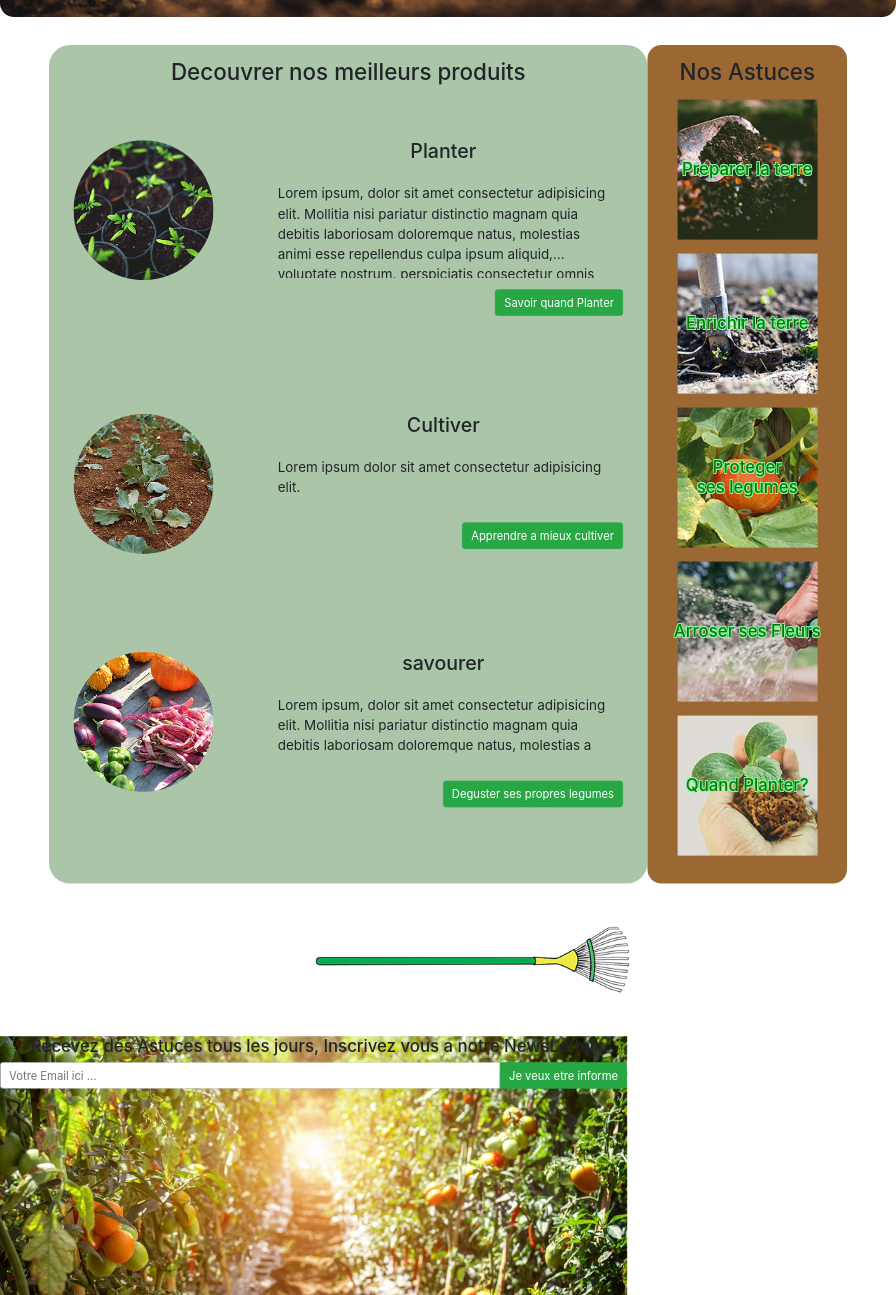
Repository: ahthionkevin/permaculture
Page: index.html
The author's editor kept a copy of each file at every save. The page is drawn from the files as they stood at one save, then again after the next save.
The browser window is 1280 px wide. The pictures show the part of the page from y = 696 to 2616 px (the page is 2546 px tall before and 2616 px after), at 70% of full size.
Backgrounds fixed to the window are drawn as part of the page.

Above is the page before, as saved 2021-07-07 06:42:01.

After the next save:
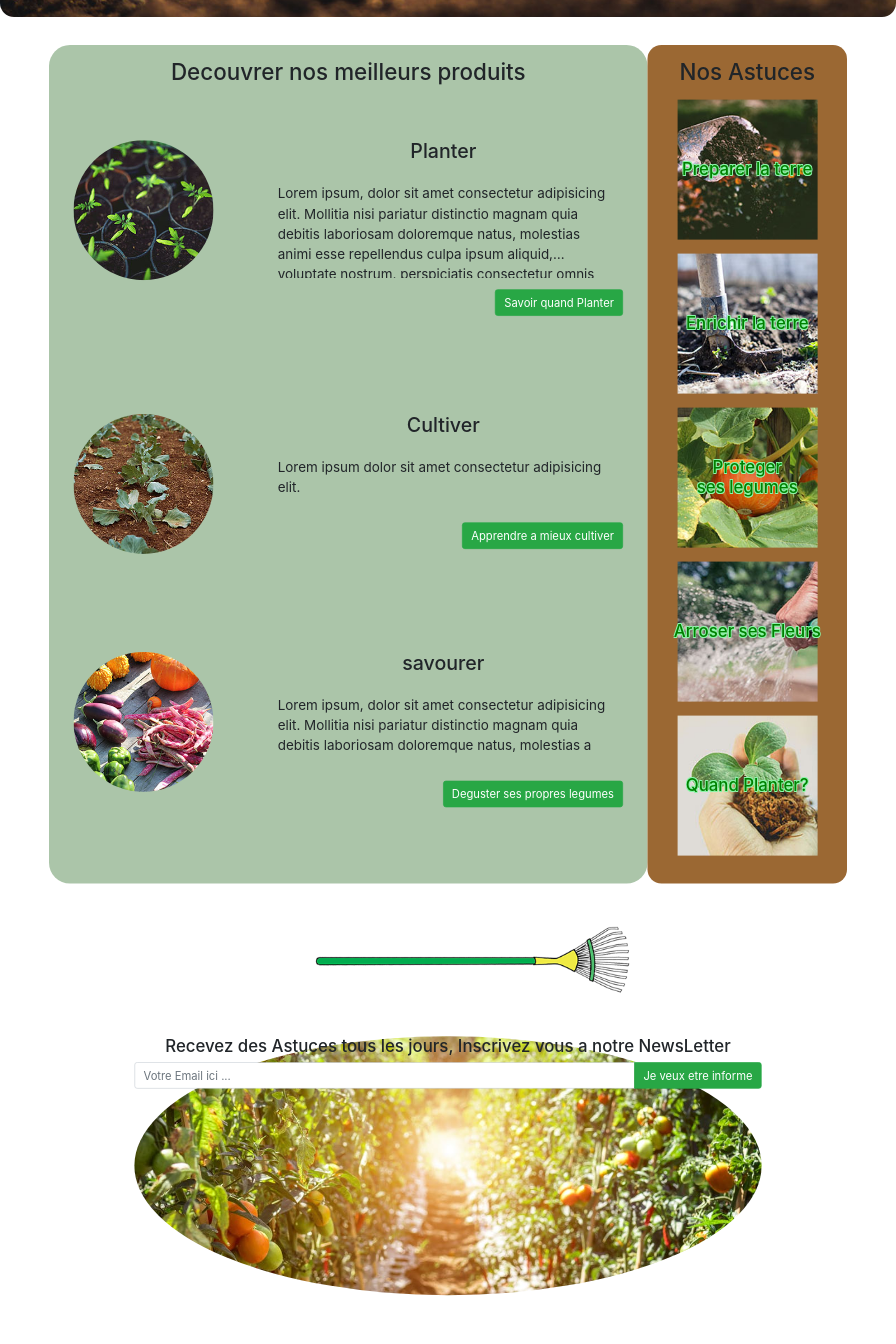
Saved 46 s later.
--- a/style.css
+++ b/style.css
@@ -136,4 +136,7 @@ h1{
       width: 70%;
       height: 370px;
       min-width: 450px;
+      margin:0 auto;
+      border-radius: 50%;
+      margin-bottom: 70px;
   }
